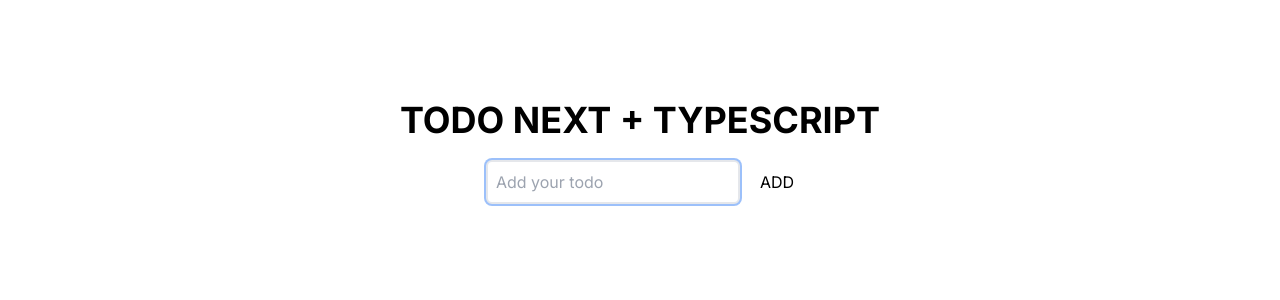
Repository: mehh000/next-ts-todo
Page: /
These files come from the project's save history. The page is drawn as it stood at one moment and after a run of saves; the edit follows.
The browser window is 1280 px wide. The pictures show the whole page.
The project was rebuilt for these pictures with package versions that can differ from the ones it lists, and the page was loaded fresh each time. The framework's server and built-in components were replaced by stand-ins that run in the browser. Also part of the build but not shown: next.config.mjs.

Above is the page before, as saved 2024-06-15 19:52:28.

### src/app/layout.tsx
import type { Metadata } from "next";
import { Inter } from "next/font/google";
import "./globals.css";
import { TodoProvider } from "./Context/store/add-todos";

const inter = Inter({ subsets: ["latin"] });

export const metadata: Metadata = {
  title: "Create Next App",
  description: "Generated by create next app",
};

export default function RootLayout({
  children,
}: Readonly<{
  children: React.ReactNode;
}>) {
  return (
    <html lang="en">
      <body className={inter.className}>
        <TodoProvider>{children}</TodoProvider>
      </body>
    </html>
  );
}

### src/app/page.tsx
import TODOS from "@/components/TODOS";
import AddTODO from "@/components/add-todo";
import React from "react";

const Page = () => {
  return (
    <main className="flex items-center flex-col mt-[100px] gap-5 " >
      <h2 className=" font-bold text-4xl  ">TODO NEXT + TYPESCRIPT</h2>
      <AddTODO />
      <TODOS />
    </main>
  );
};

export default Page;

### src/app/Context/store/add-todos.tsx
'use client'


import { ReactNode, createContext, useContext, useState } from "react";

export type Todo = {
  id: string;
  task: string;
  completed: boolean;
  createdAt: Date;
};

type TodosContextType = {
  todos: Todo[];
  handleAddTodo: (task: string) => void;
  toggleTodosCompleted: (id: string) => void;
  handleTodoClicke: (id: string) => void;
};

//i made the context now need tp make the Provider
export const todosContext = createContext<TodosContextType | undefined>(
  undefined
);

//this is the  provider

export const TodoProvider = ({children}: { children: ReactNode }) => {
  const [todos, setTodos] = useState<Todo[]>([]);

  const handleAddTodo = (task: string) => {
    const newTodo: Todo = {
      id: Math.random().toString(),
      task,
      completed: false,
      createdAt: new Date(),
    };
    setTodos((prevTodos) => [newTodo, ...prevTodos]);
  };


  const toggleTodosCompleted = (id: string) => {
    setTodos((prevTodos) =>
      prevTodos.map((todo) =>
        todo.id === id ? { ...todo, completed: !todo.completed } : todo
      )
    );
  };

  const handleTodoClicke = (id: string) => {
    setTodos((prevTodos) => prevTodos.filter((todo) => todo.id !== id));
  };

  return (
    <todosContext.Provider value={{
      todos,
     handleAddTodo,
     toggleTodosCompleted,
     handleTodoClicke,
      }}>
      {children}
    </todosContext.Provider>
  );
};
export const useTodoContext = () => useContext(todosContext)

### src/components/TODOS.tsx
"use client";

import React from "react";
import { useTodoContext } from "@/app/Context/store/add-todos";

const TODOS = () => {
  const { todos,toggleTodosCompleted,handleTodoClicke } = useTodoContext();
  const fltertodo = todos;

  return (
    <ul className="">
      {fltertodo.map((todo) => {
        return (
          <li className="" key={todo.id}>
            <input
              type="checkbox"
              name=""
              id={`todo-${todo.id}`}
              checked={todo.completed}
              onChange={() => toggleTodosCompleted(todo.id)}
            />
            <label htmlFor={`todo-${todo.id}`}>{todo.task}</label>
            {todo.completed && (
              <button type="button" onClick={() => handleTodoClicke(todo.id)}>
                Delete
              </button>
            )}
          </li>
        );
      })}
    </ul>
  );
};

export default TODOS;

### src/components/add-todo.tsx
// components/AddTODO.tsx

'use client';

import React, { useState } from "react";
import { useTodoContext } from "@/app/Context/store/add-todos"; // Adjust the path according to your project structure

const AddTODO: React.FC = () => {
  const { handleAddTodo } = useTodoContext();

  const [todo, setTodo] = useState<string>("");

  const handleSubmit = (e: React.FormEvent<HTMLFormElement>) => {
    e.preventDefault();
    handleAddTodo(todo);
    setTodo("");
  };

  return (
    <form onSubmit={handleSubmit} className="flex items-center gap-5">
      <input
        type="text"
        placeholder="Add your todo"
        className=" border-2 text-1xl p-2 ring-2 rounded-md w-92  "
        value={todo}
        onChange={(event) => setTodo(event.target.value)}
      />
      <button type="submit" className="">
        ADD
      </button>
    </form>
  );
};

export default AddTODO;

Loaded but not shown: src/app/globals.css (common file); tailwind.config.ts (common file)

After the next 4 saves:
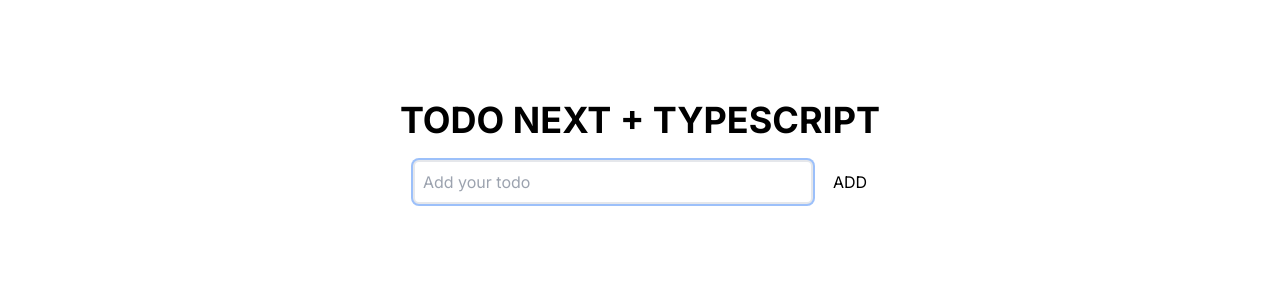
The 4 saves are shown as one change because they came seconds apart.
The last was saved 13 s later.
--- a/src/components/add-todo.tsx
+++ b/src/components/add-todo.tsx
@@ -21,7 +21,7 @@ const AddTODO: React.FC = () => {
       <input
         type="text"
         placeholder="Add your todo"
-        className=" border-2 text-1xl p-2 ring-2 rounded-md w-92  "
+        className=" border-2 text-1xl p-2 ring-2 rounded-md w-[400px]  "
         value={todo}
         onChange={(event) => setTodo(event.target.value)}
       />
